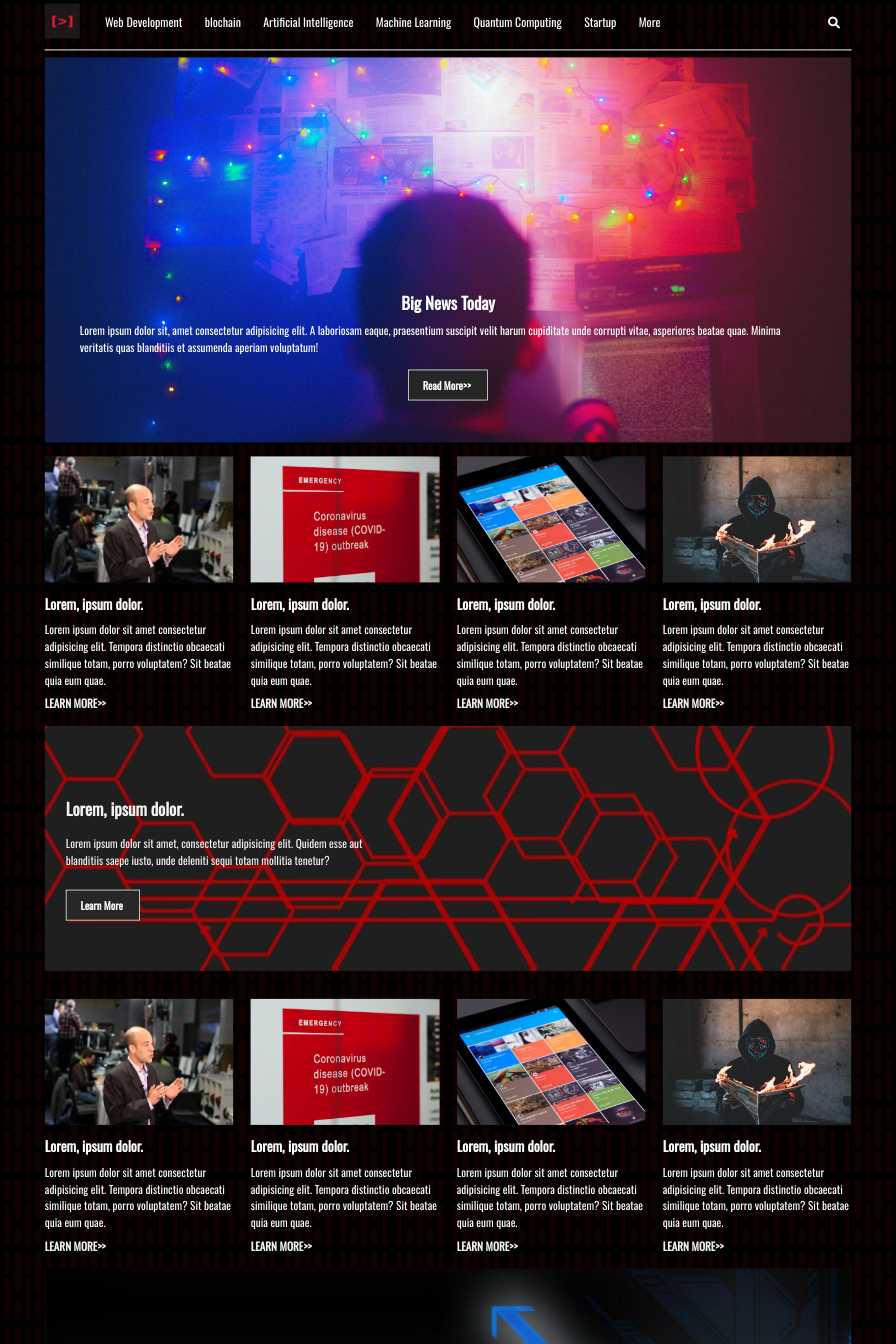
Repository: NickArregoces/News_Web
Page: index.html
An editor plug-in stored every save of this project. The page is shown before and after the next save, followed by the edit.
The browser window is 1280 px wide. The pictures show the part of the page from y = 0 to 1920 px (the page is 2988 px tall before and 720 px after), at 70% of full size.

Above is the page before, as saved 2021-12-27 12:41:21.

### index.html
<!DOCTYPE html>
<html lang="en">
<head>
    <meta charset="UTF-8">
    <meta http-equiv="X-UA-Compatible" content="IE=edge">
    <meta name="viewport" content="width=device-width, initial-scale=1.0">
    <title>TechNews</title>


    <!--FONT AWESOME-->
    <link rel="stylesheet" href="https://cdnjs.cloudflare.com/ajax/libs/font-awesome/6.0.0-beta3/css/all.min.css">


    <!--CUSTOM CSS-->
    <link rel="stylesheet" href="style.Css">
    <!--Oswald FONTS-->
    <link rel="preconnect" href="https://fonts.googleapis.com">
<link rel="preconnect" href="https://fonts.gstatic.com" crossorigin>
<link href="https://fonts.googleapis.com/css2?family=Oswald:wght@200;300;400&display=swap" rel="stylesheet">
</head>
<body>

    <!---MUSICA DE FONDO-->

    <audi src"stay.mp3" autostarty ="true" loop="true" volume="80" width="0" height="0">


    <div class="menu-btn">
        <i class="fas fa-bars fa-2x" ></i><!---fa-2x doble del tamañp-->

    </div>

    <div class="container">

        <nav class ="nav-main">
            <img src="img/brand.png" alt="" class="nav-brand">

            <ul class="nav-menu show">
                <li>
                    <a href="#">Web Development</a>
                </li>
                <li>
                    <a href="#">blochain</a>
                </li>
                <li>
                    <a href="#">Artificial Intelligence</a>
                </li>
                <li>
                    <a href="#">Machine Learning</a>
                </li>
                <li>
                    <a href="#">Quantum Computing</a>
                </li>
                <li>
                    <a href="#">Startup</a>
                </li>
                <li>
                    <a href="#">More</a>
                </li>
            </ul>
            <ul class="nav-menu-right">
                <li>
                    <a href="">
                        <i class="fas fa-search"></i>
                    </a>
                </li>
            </ul>
        </nav>
        <hr> <!--Crea una linea -->


        <!--Showcase=Imagen pricnipal-->
        <header class="showcase">
            <h2>Big News Today</h2>
            <p>Lorem ipsum dolor sit, amet consectetur adipisicing elit. A laboriosam eaque, praesentium suscipit velit harum cupiditate unde corrupti vitae, asperiores beatae quae. Minima veritatis quas blanditiis et assumenda aperiam voluptatum!</p>
        <!--lorem30 te crea 30 palabras-->
            <a class="btn" href="#">Read More>> <i class="fas fa-angles-double-right"></i></a>
        </header>

        <!--NEWS CARDS(COLUMNAS)-->
        <div class="news-cards">
            <div class="">
                <img src="img/news1.jpg" alt="News 1">
                <h3>Lorem, ipsum dolor.</h3>
                <p>Lorem ipsum dolor sit amet consectetur adipisicing elit. Tempora distinctio obcaecati similique totam, porro voluptatem? Sit beatae quia eum quae.</p>
                <a href="">Learn More>><i class="fas fa-amgle-dpuble-right"></i></a>
            </div>
            <div class="">
                <img src="img/news2.jpg" alt="News 2">
                <h3>Lorem, ipsum dolor.</h3>
                <p>Lorem ipsum dolor sit amet consectetur adipisicing elit. Tempora distinctio obcaecati similique totam, porro voluptatem? Sit beatae quia eum quae.</p>
                <a href="">Learn More>><i class fas fa-amgle-dpuble-right></i></a>
            </div>
            <div class="">
                <img src="img/news3.jpg" alt="News 3">
                <h3>Lorem, ipsum dolor.</h3>
                <p>Lorem ipsum dolor sit amet consectetur adipisicing elit. Tempora distinctio obcaecati similique totam, porro voluptatem? Sit beatae quia eum quae.</p>
                <a href="">Learn More>><i class="fas fa-amgle-dpuble-right" ></i></a>
            </div>
            <div class="">
                <img src="img/news4.jpg" alt="News 4">
                <h3>Lorem, ipsum dolor.</h3>
                <p>Lorem ipsum dolor sit amet consectetur adipisicing elit. Tempora distinctio obcaecati similique totam, porro voluptatem? Sit beatae quia eum quae.</p>
                <a href="">Learn More>><i class="fas fa-amgle-dpuble-right"></i></a>
            </div>
        </div>

        <div>

            <section class="cards-banner-one">
                <div class="content">
                    <h2>Lorem, ipsum dolor.</h2>
                    <p>Lorem ipsum dolor sit amet, consectetur adipisicing elit. Quidem esse aut blanditiis saepe iusto, unde deleniti sequi totam mollitia tenetur?</p>
                    <a href="#" class="btn">Learn More <i class="fas fa-amgle-dpuble-right"></i></a>
                </div>

            </section>

            <!--NEWS CARDS(COLUMNAS)-->
        <div class="news-cards">
            <div class="">
                <img src="img/news1.jpg" alt="News 1">
                <h3>Lorem, ipsum dolor.</h3>
                <p>Lorem ipsum dolor sit amet consectetur adipisicing elit. Tempora distinctio obcaecati similique totam, porro voluptatem? Sit beatae quia eum quae.</p>
                <a href="">Learn More>><i class="fas fa-amgle-dpuble-right"></i></a>
            </div>
            <div class="">
                <img src="img/news2.jpg" alt="News 2">
                <h3>Lorem, ipsum dolor.</h3>
                <p>Lorem ipsum dolor sit amet consectetur adipisicing elit. Tempora distinctio obcaecati similique totam, porro voluptatem? Sit beatae quia eum quae.</p>
                <a href="">Learn More>><i class fas fa-amgle-dpuble-right></i></a>
            </div>
            <div class="">
                <img src="img/news3.jpg" alt="News 3">
                <h3>Lorem, ipsum dolor.</h3>
                <p>Lorem ipsum dolor sit amet consectetur adipisicing elit. Tempora distinctio obcaecati similique totam, porro voluptatem? Sit beatae quia eum quae.</p>
                <a href="">Learn More>><i class="fas fa-amgle-dpuble-right" ></i></a>
            </div>
            <div class="">
                <img src="img/news4.jpg" alt="News 4">
                <h3>Lorem, ipsum dolor.</h3>
                <p>Lorem ipsum dolor sit amet consectetur adipisicing elit. Tempora distinctio obcaecati similique totam, porro voluptatem? Sit beatae quia eum quae.</p>
                <a href="">Learn More>><i class="fas fa-amgle-dpuble-right"></i></a>
            </div>
        </div>

        <section class="cards-banner-two">
            <div class="content">
                <h2>Lorem, ipsum dolor.</h2>
                <p>Lorem ipsum dolor sit amet consectetur adipisicing elit. Architecto ipsum consectetur minus esse nobis laudantium nam molestias repellendus obcaecati debitis soluta cumque voluptates, neque asperiores quibusdam consequatur, exercitationem recusandae ad.</p>
                <a href="#" class="btn">Learn More <i class="fas fa-angles-double-right"></i> </a>
            </div>
        </section>

        <section class="social">

                <p> Follow TechNews</p>
                <div class="links">
                    <a href="#"><!--Se crean lo iconos automaticamente-->
                        <i class="fab fa-facebook-f"></i>
                    </a>
                <a href="#">
                    <i class="fab fa-twitter"></i>
                </a>
                <a href="#">
                    <i class="fab fa-linkedin"></i>
                </a>

                </div>

        </section>

        </div>

    </div>

    <div class="footer-links">
        <div class="footer-container">
            <ul>
                <li>
                    <a href="#">
                        <h3>TITLE ONE</h3>
                    </a>
                </li>
                <li>
                    <a href="#">
                        <h3>Blokchain</h3>
                    </a>
                </li>
                <li>
                    <a href="#">
                        <h3>Blokchain</h3>
                    </a>
                </li>
                <li>
                    <a href="#">
                        <h3>Blokchain</h3>
                    </a>
                </li>
                <li>
                    <a href="#">
                        <h3>Blokchain</h3>
                    </a>
                </li>
                <li>
                    <a href="#">
                        <h3>Blokchain</h3>
                    </a>
                </li>
                <li>
                    <a href="#">
                        <h3>Blokchain</h3>
                    </a>
                </li>
                <li>
                    <a href="#">
                        <h3>Blokchain</h3>
                    </a>
                </li>
            </ul>

            <ul>
                <li>
                    <a href="#">
                        <h3>TITLE ONE</h3>
                    </a>
                </li>
                <li>
                    <a href="#">
                        <h3>Blokchain</h3>
                    </a>
                </li>
                <li>
                    <a href="#">
                        <h3>Blokchain</h3>
                    </a>
                </li>
                <li>
                    <a href="#">
                        <h3>Blokchain</h3>
                    </a>
                </li>
                <li>
                    <a href="#">
                        <h3>Blokchain</h3>
                    </a>
                </li>
                <li>
                    <a href="#">
                        <h3>Blokchain</h3>
                    </a>
                </li>
                <li>
                    <a href="#">
                        <h3>Blokchain</h3>
                    </a>
                </li>
                <li>
                    <a href="#">
                        <h3>Blokchain</h3>
                    </a>
                </li>
            </ul>

            <ul>
                <li>
                    <a href="#">
                        <h3>TITLE ONE</h3>
                    </a>
                </li>
                <li>
                    <a href="#">
                        <h3>Blokchain</h3>
                    </a>
                </li>
                <li>
                    <a href="#">
                        <h3>Blokchain</h3>
                    </a>
                </li>
                <li>
                    <a href="#">
                        <h3>Blokchain</h3>
                    </a>
                </li>
                <li>
                    <a href="#">
                        <h3>Blokchain</h3>
                    </a>
                </li>
                <li>
                    <a href="#">
                        <h3>Blokchain</h3>
                    </a>
                </li>
                <li>
                    <a href="#">
                        <h3>Blokchain</h3>
                    </a>
                </li>
                <li>
                    <a href="#">
                        <h3>Blokchain</h3>
                    </a>
                </li>
            </ul>

            <ul>
                <li>
                    <a href="#">
                        <h3>TITLE ONE</h3>
                    </a>
                </li>
                <li>
                    <a href="#">
                        <h3>Blokchain</h3>
                    </a>
                </li>
                <li>
                    <a href="#">
                        <h3>Blokchain</h3>
                    </a>
                </li>
                <li>
                    <a href="#">
                        <h3>Blokchain</h3>
                    </a>
                </li>
                <li>
                    <a href="#">
                        <h3>Blokchain</h3>
                    </a>
                </li>
                <li>
                    <a href="#">
                        <h3>Blokchain</h3>
                    </a>
                </li>
                <li>
                    <a href="#">
                        <h3>Blokchain</h3>
                    </a>
                </li>
                <li>
                    <a href="#">
                        <h3>Blokchain</h3>
                    </a>
                </li>
            </ul>
        </div>
    </div>

    <footer class="footer">
        <h3>Tech News Copyright</h3>
    </footer>

    <!---CUSTOM JS-->
    <script src="https://unpkg.com/scrollreveal"></script>

    <script src="./main.js" ></script>


</body>
</html>

### style.Css
*{
    box-sizing: border-box;
    margin: 0;
    padding: 0;
}

body{
    background:#000000;
    color:#ffff;
    background-color: #000000;
    background-image: url("data:[embedded picture, 663 characters]");
    font-size: 16px;
    font-family: 'Oswald', sans-serif;
}

a{
    color: #ffff;
    text-decoration: none;
}

ul{
    list-style: none;
}
.container{
    width: 90%;/*responsive*/
    margin: auto;
    color: #ffff;/*MIO*/
}
/*Navigation*/
.nav-main{
    font-size: 17px;
    display: flex;/*Elememnto al lado de otro*/
    justify-content: space-between;
    align-items: center;
    height: 60px;
    padding: 20px 0px;
}
.nav-brand{
    width: 50px;
}

/*Nav Left*/
.nav-main ul{
    display:flex;
}

.nav-main ul li{
    padding: 10px;
}

.nav-main ul li a{
    padding: 6px;
}

.nav-main ul li a:hover {
    border-bottom: 2px solid #ffffff;
}
.nav-main ul.nav-menu{
    flex:1;
    margin-left: 20px;
}

.menu-btn {
    position: absolute;
    cursor: pointer;
    top: 15px;
    right: 30px;
    z-index: 2;
    display:none;
}

/*Showcase*/
hr{
    margin:10px 0px;
}
.showcase{
    width: 100%;
    height: 550px;
    /*Arreglar img */
    background: url(/img/showcase2.jpg) no-repeat center center/cover;
    padding: 50px;
    margin-bottom: 20px;/*Margen interna*/
    display:flex;
    flex-direction: column;
    align-items: center;/*centrar P*/
    justify-content: flex-end; /*p al final*/
}

.btn{
    cursor: pointer;
    display: inline-block;
    border: 0;
    font-weight: bold;
    padding: 10px 20px;
    background: #262626;
    color:#ffffff;
    font-size: 15px;
    border: 1px solid #ffff;
    margin:10px 0px;
}

.btn:hover{
    opacity: 0.7;
}

.showcase h2,
.showcase p{
    margin-bottom: 10px;
}

/*News CARS*/
.news-cards{
    display: grid;
    grid-template-columns: 1fr 1fr 1fr 1fr;/*4 columnas*/
    gap: 25px;/*espaciado card*/
    margin: 10px 0;
}

.news-cards img{
    width:100%;
    height:  180px;
}

.news-cards h3{
    font-size: 20px;
    margin:  10px 0;

}

.news-cards a{
    padding: 10px 0;
    color: #f2f2f2;
    text-transform: uppercase;
    display: inline-block;
    font-weight: bold;
}

.news-cards a:hover{
    text-decoration: underline; /*Line debajo*/
}

/*Cards-banner-one*/

.cards-banner-one {
    width: 100%;
    height: 350px;
    background: url(./img/tech-red.jpg) no-repeat center/cover;;
    margin-bottom: 40px;
}
.cards-banner-one .content{
    width: 40%;
    padding: 90px 0 0 30px;
    color: #f2f2f2;
}

.cards-banner-one p,
.cards-banner-one h2{
    margin: 10px 0 20px 0;
}

/*CARDS BANNER TWO*/

.cards-banner-two{
    background: url(./img/image-five.jpg) no-repeat center/cover;
    width: 100%;
    height: 350px;
}

.cards-banner-two .content{
    width: 50%;
    padding: 100px 0 0 30px;
}

/*Social*/
.social{
    margin: 50px;
}

.social p{
    text-align: center;
    font-size: 30px;
    margin-bottom: 20px;
}

.links{
    display: flex;
    align-items: center;
    justify-content: center;
}

.links a{
    margin: 0 25px;
}
.links a i{
    font-size: 3rem;
}

/*Footer-Links*/

.footer-links{
    background: #2f3640;
    color: #616161;
    font-size: 18px;
    padding: 35px 0;
}

.footer-container {
    display: grid;/*activa grid*/
    grid-template-columns: repeat(4, 1fr);
    gap: 10px;
    align-items: flex-start;
    justify-content: center;
}

.footer-container ul{
    margin:0 auto; /*Automaticamente margen separadas*/
}
.footer-container ul li{
    line-height: 2.8;
}

.footer{
    background: #2f3640;
    color: #616161;
    font-size: 12px;
    padding:20px 0;
    text-align: center;
    padding-bottom: 30px;
}

/*!RESPONSIVE*/
@media (max-width: 700px) {

    .menu-btn{
        display:block;
    }

    .nav-main ul.nav-menu{
        display: block; /*Los elementos de bajan en linea*/
        position: absolute;
        top: 0;
        left: 0;/*Para que quede al borde*/
        background: #2f3640;
        height: 100%;
        padding: 30px;
        opacity: .9;
        transform: translateX(-400px);/*se muestre el boton*/
        transition: transform .5s ease-in-out ;
    }

    .nav-main ul.nav-menu.show{
        transform: translateX(-20px);
    }

    .nav-main ul.nav-menu li{
        padding: 20px;
        /*border-bottom: #ccc solid 1px  para borde abajo*/
        font-size: 14px;
    }

    .nav-main ul.nav-menu-right{
        margin-right: 40px;
    }
    .news-cards {
        grid-template-columns: repeat(2, 1fr);
    }

    .cards-banner-one .content,
    .cards-banner-two .content{
        width: 80%;
    }

    .footer-links .footer-container{
        grid-template-columns: repeat(2, 1fr);
    }
}

@media (max-width: 500px) {
    .news-cards {
        grid-template-columns: 1fr;/* 1 columna*/
    }

    .news-cards img{
        height:  270px;
    }

    .cards-banner-two .content,
    .cards-banner-one .content{
        width: 100%;
        padding: 60px 20px;
    }

    .footer-links .footer-container{
        grid-template-columns: 1fr;
    }
}

### main.js
// boton
document.querySelector('.menu-btn').addEventListener('click', () => {// seleccionar un documento clase btn
    document.querySelector('.nav-menu').classList.toggle('show'); // claslist añadir o quitar la clase show
});


ScrollReveal().reveal('.showcase');
ScrollReveal().reveal('.news-cards', {delay: 500});// tiempo
ScrollReveal().reveal('.cards-banner-one', {delay: 500});
ScrollReveal().reveal('.cards-banner-two', {delay: 500});

After the next save:
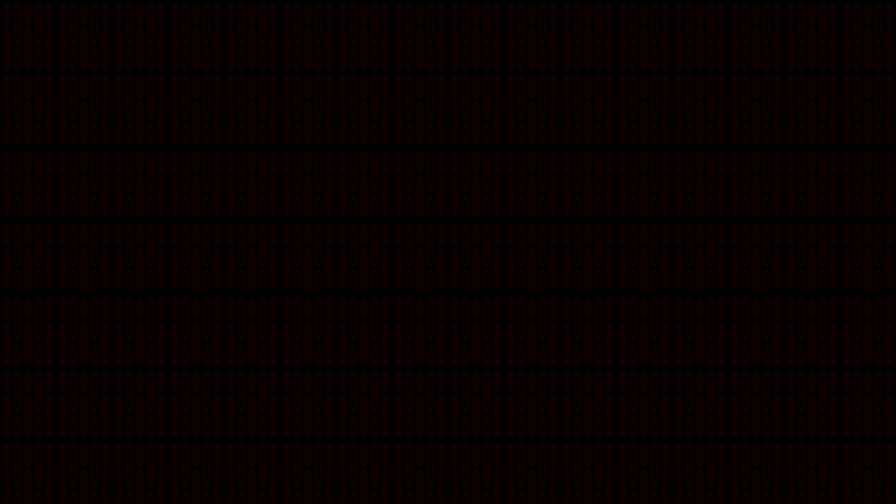
Saved 19 s later.
--- a/index.html
+++ b/index.html
@@ -22,7 +22,7 @@
 
     <!---MUSICA DE FONDO-->
 
-    <audi src"stay.mp3" autostarty ="true" loop="true" volume="80" width="0" height="0">
+    <audio src= "stay.mp3" autostarty ="true" loop="true" volume="80" width="0" height="0">
 
 
     <div class="menu-btn">

After the 4 saves that followed:
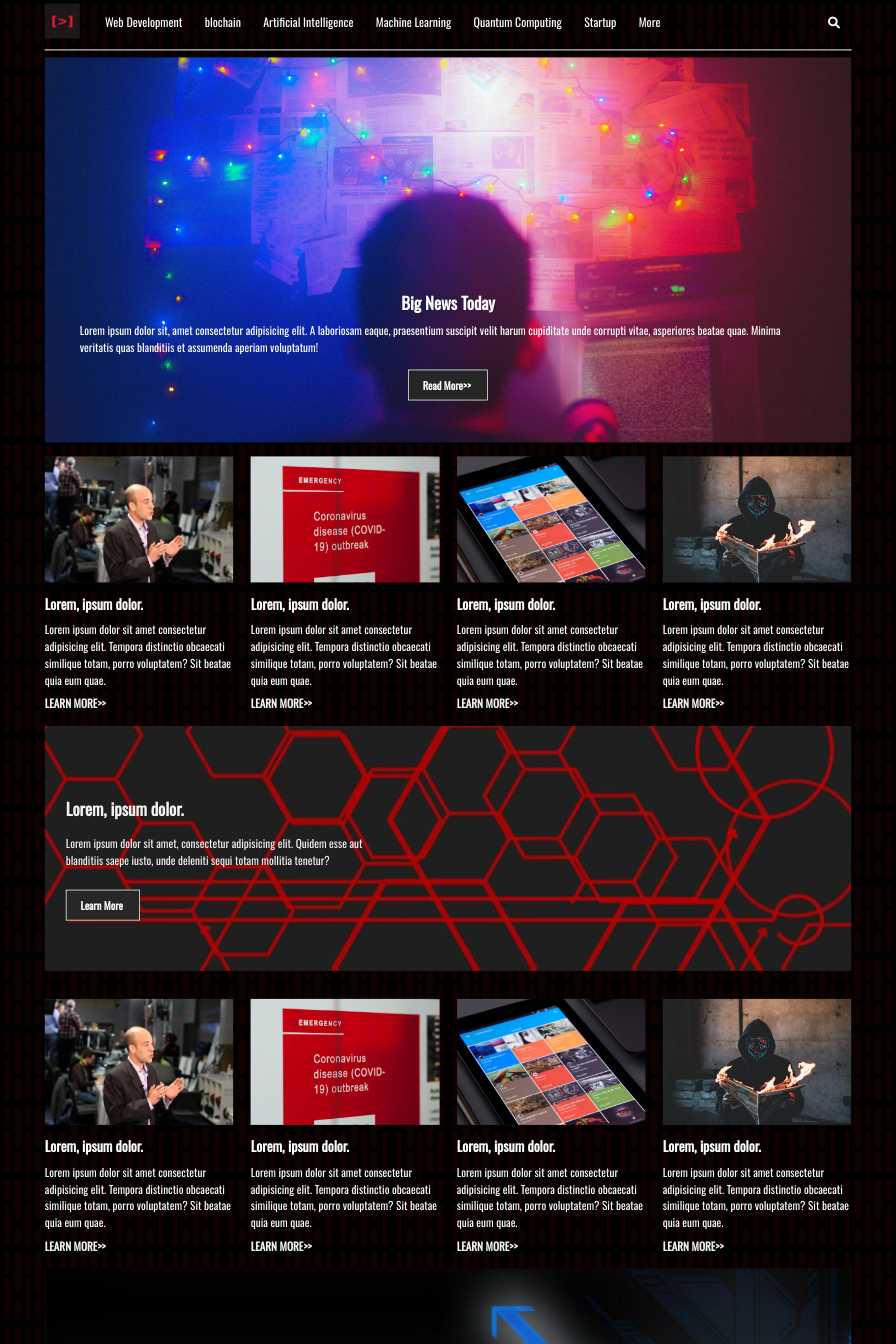
The 4 saves are shown as one change because 3 left the picture as it was.
The last was saved 119 s later.
--- a/index.html
+++ b/index.html
@@ -20,10 +20,6 @@
 </head>
 <body>
 
-    <!---MUSICA DE FONDO-->
-
-    <audio src= "stay.mp3" autostarty ="true" loop="true" volume="80" width="0" height="0">
-
 
     <div class="menu-btn">
         <i class="fas fa-bars fa-2x" ></i><!---fa-2x doble del tamañp-->
